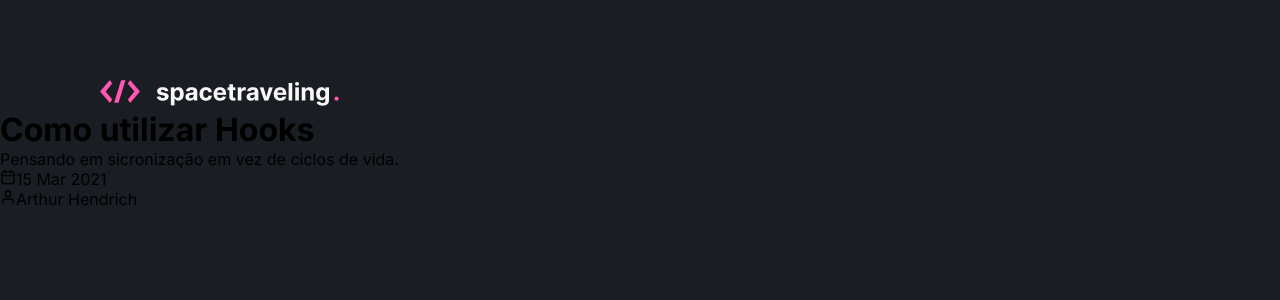
Repository: ArthurHendrich/Ignite-NextJS
Page: /
The author's editor kept a copy of each file at every save. The page is drawn from the files as they stood at one save, then again after the next save.
The browser window is 1280 px wide. The pictures show the whole page.
The project was rebuilt for these pictures with package versions that can differ from the ones it lists, and the page was loaded fresh each time. The framework's server and built-in components were replaced by stand-ins that run in the browser. Also part of the build but not shown: src/pages/home.module.scss.

Above is the page before, as saved 2022-07-09 15:37:37.

After the next save:
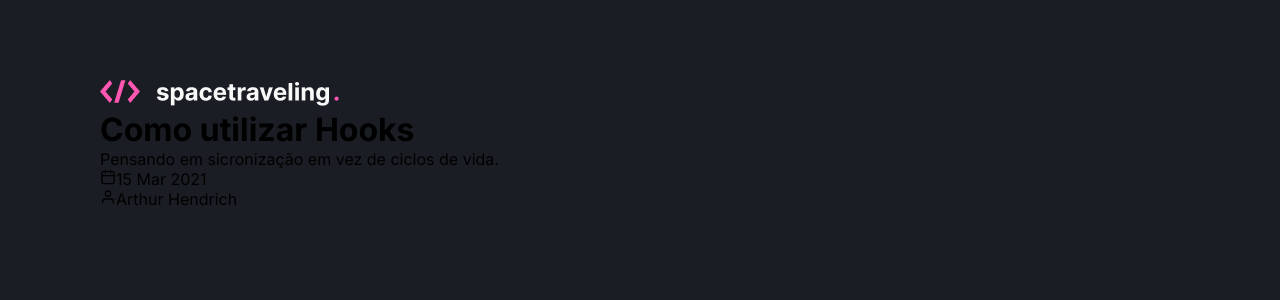
Saved 25 s later.
--- a/src/pages/index.tsx
+++ b/src/pages/index.tsx
@@ -27,7 +27,7 @@ interface HomeProps {
 
 export default function Home() {
   return (
-    <div className={styles.Container}>
+    <div className={commonStyles.Container}>
       <h1>Como utilizar Hooks</h1>
       <p>Pensando em sicronização em vez de ciclos de vida.</p>
       <div className={styles.ContentInfo}>
